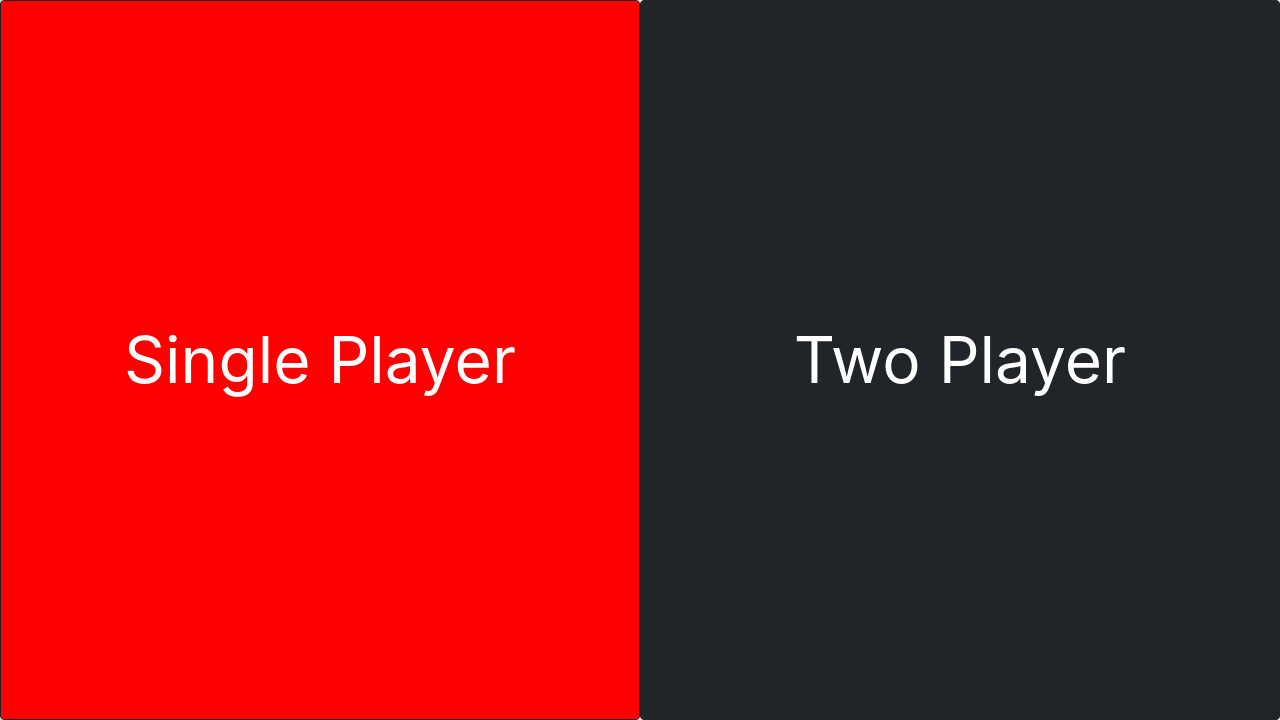
Repository: napan24/tic-tac-toe
Page: /
An editor plug-in stored every save of this project. The page is shown before and after the next save, followed by the edit.
The browser window is 1280 px wide. The pictures show the whole page.
The project was rebuilt for these pictures with package versions that can differ from the ones it lists, and the page was loaded fresh each time. Also part of the build but not shown: src/App.css, src/tik.css, src/App.js, src/Vscomp.js.

Above is the page before, as saved 2022-06-16 18:03:24.

### public/index.html
<!DOCTYPE html>
<html lang="en">
  <head>
    <meta charset="utf-8" />
    <link rel="icon" href="%PUBLIC_URL%/favicon.ico" />
    <meta name="viewport" content="width=device-width, initial-scale=1" />
    <meta name="theme-color" content="#000000" />
    <meta
      name="description"
      content="Web site created using create-react-app"
    />
    <link rel="apple-touch-icon" href="%PUBLIC_URL%/logo192.png" />
    <!--
      manifest.json provides metadata used when your web app is installed on a
      user's mobile device or desktop. See https://developers.google.com/web/fundamentals/web-app-manifest/
    -->
    <link rel="manifest" href="%PUBLIC_URL%/manifest.json" />
    <!--
      Notice the use of %PUBLIC_URL% in the tags above.
      It will be replaced with the URL of the `public` folder during the build.
      Only files inside the `public` folder can be referenced from the HTML.

      Unlike "/favicon.ico" or "favicon.ico", "%PUBLIC_URL%/favicon.ico" will
      work correctly both with client-side routing and a non-root public URL.
      Learn how to configure a non-root public URL by running `npm run build`.
    -->
    <link href="https://cdn.jsdelivr.net/npm/bootstrap@5.1.3/dist/css/bootstrap.min.css" rel="stylesheet" integrity="sha384-1BmE4kWBq78iYhFldvKuhfTAU6auU8tT94WrHftjDbrCEXSU1oBoqyl2QvZ6jIW3" crossorigin="anonymous">
    <script src="https://cdn.jsdelivr.net/npm/bootstrap@5.1.3/dist/js/bootstrap.bundle.min.js" integrity="sha384-ka7Sk0Gln4gmtz2MlQnikT1wXgYsOg+OMhuP+IlRH9sENBO0LRn5q+8nbTov4+1p" crossorigin="anonymous"></script>
    <title>React App</title>
  </head>
  <body>
    <noscript>You need to enable JavaScript to run this app.</noscript>
    <div id="root"></div>
    <!--
      This HTML file is a template.
      If you open it directly in the browser, you will see an empty page.

      You can add webfonts, meta tags, or analytics to this file.
      The build step will place the bundled scripts into the <body> tag.

      To begin the development, run `npm start` or `yarn start`.
      To create a production bundle, use `npm run build` or `yarn build`.
    -->
  </body>
</html>

### src/index.js
import React from 'react';
import ReactDOM from 'react-dom/client';
import './index.css';
import App from './App';
import Home from './Home';
import Vscomp from './Vscomp';
import reportWebVitals from './reportWebVitals';

const root = ReactDOM.createRoot(document.getElementById('root'));
root.render(
  <React.StrictMode>
    <Home />
  </React.StrictMode>
);

// If you want to start measuring performance in your app, pass a function
// to log results (for example: reportWebVitals(console.log))
// or send to an analytics endpoint. Learn more: https://bit.ly/CRA-vitals
reportWebVitals();

### src/Home.js
import React from 'react';
{/* <h5 style={{textAlign:"center",fontSize:"3rem"}}>
            Tic Tac Toe
        </h5> */}
export default function () {
  return (
    <>
        <button type="button" class="btn btn-dark" style={{width:"50vw",height:"100vh",backgroundColor:"red",fontSize:"4rem"}}>
            Single Player
        </button>
        <button type="button" class="btn btn-dark" style={{width:"50vw",height:"100vh",fontSize:"4rem"}}>
            Two Player
        </button>
    </>

  )
}

Loaded but not shown: src/index.css (common file); src/reportWebVitals.js (common file)

After the next save:
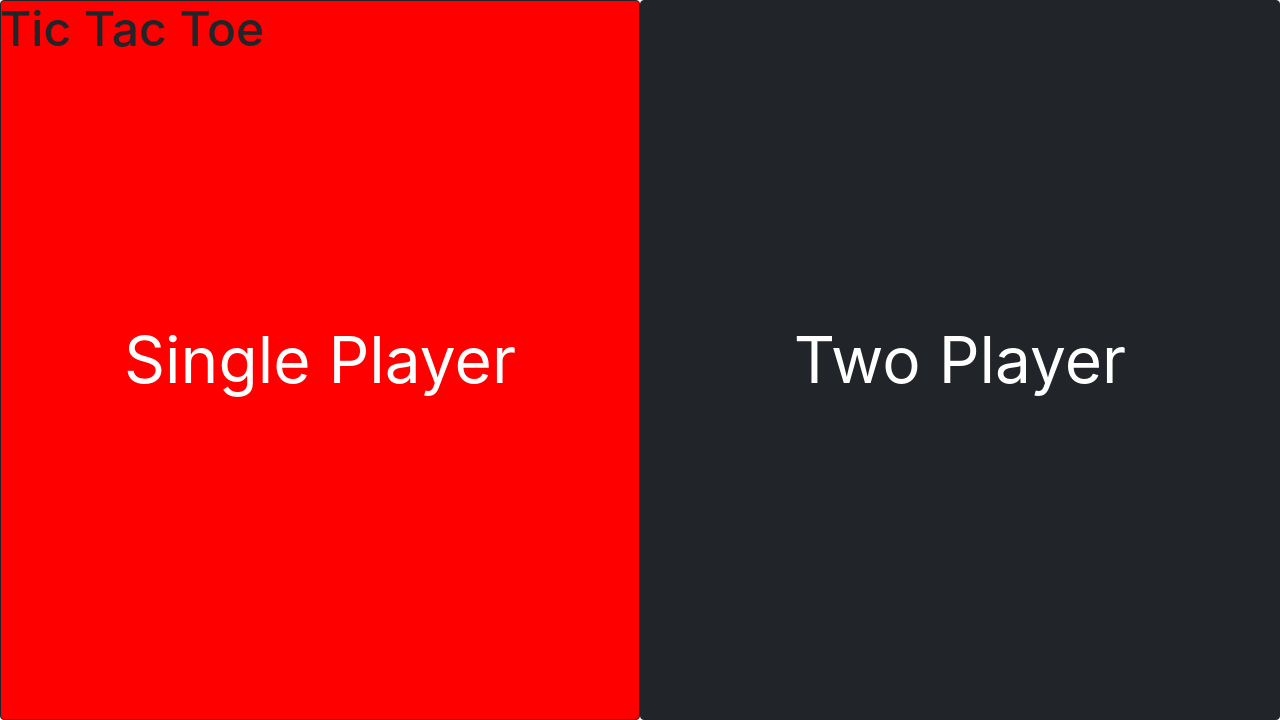
Saved 46 s later.
--- a/src/Home.js
+++ b/src/Home.js
@@ -1,10 +1,10 @@
 import React from 'react';
-{/* <h5 style={{textAlign:"center",fontSize:"3rem"}}>
-            Tic Tac Toe
-        </h5> */}
 export default function () {
   return (
     <>
+        <h5 style={{textAlign:"center",fontSize:"3rem",position:"absolute"}}>
+            Tic Tac Toe
+        </h5>
         <button type="button" class="btn btn-dark" style={{width:"50vw",height:"100vh",backgroundColor:"red",fontSize:"4rem"}}>
             Single Player
         </button>
